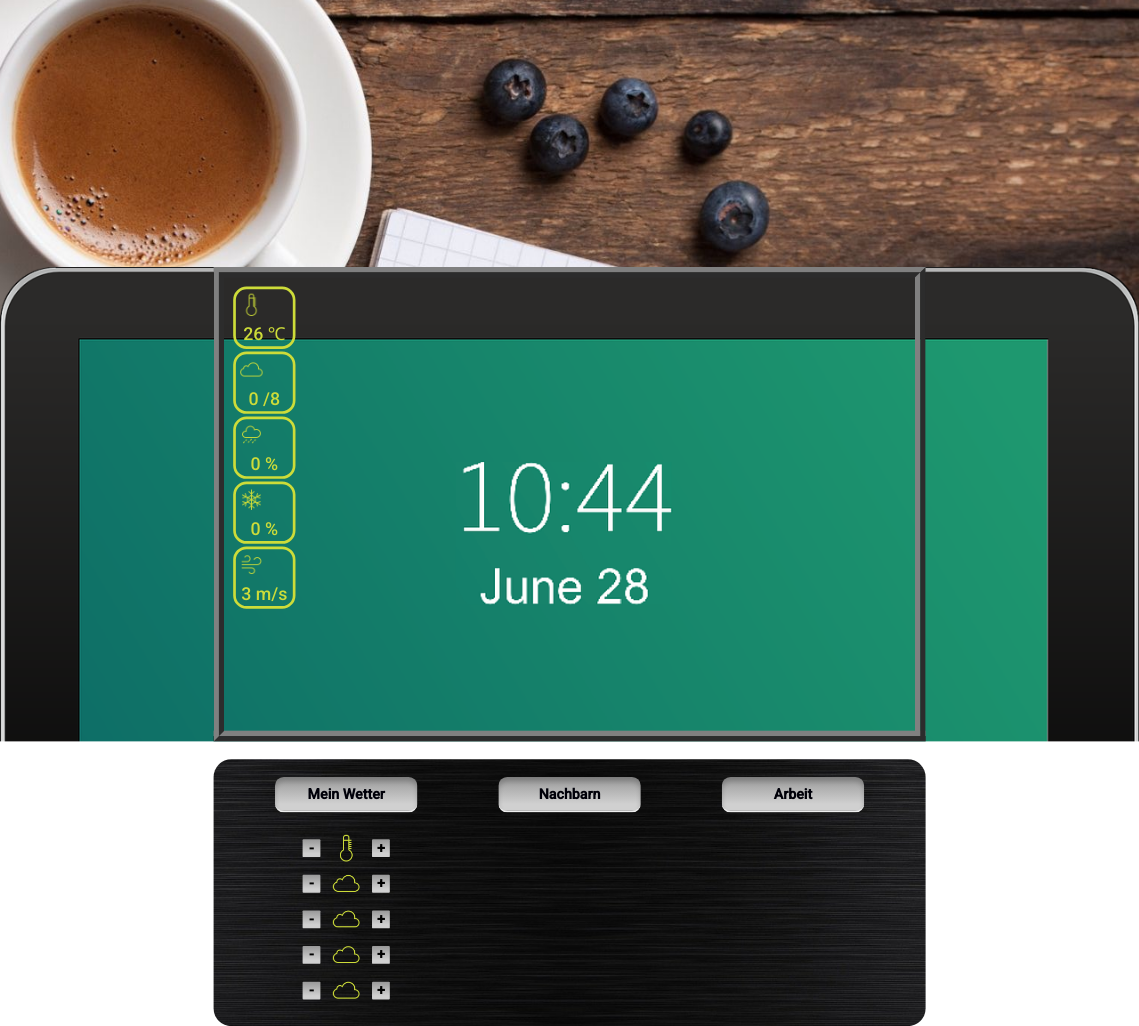
Repository: NadiaSchmitz/wetter.githab.io
Page: index.html
The author's editor kept a record of every edit. The page is drawn from the files as they stood at one moment, then again after the next edit.
The browser window is 1280 px wide. The pictures show the whole page, at 89% of full size.

Above is the page before.
Not found: styles/background1.css
Not found: styles/background2.css
Not found: styles/background3.css

After the next edit:
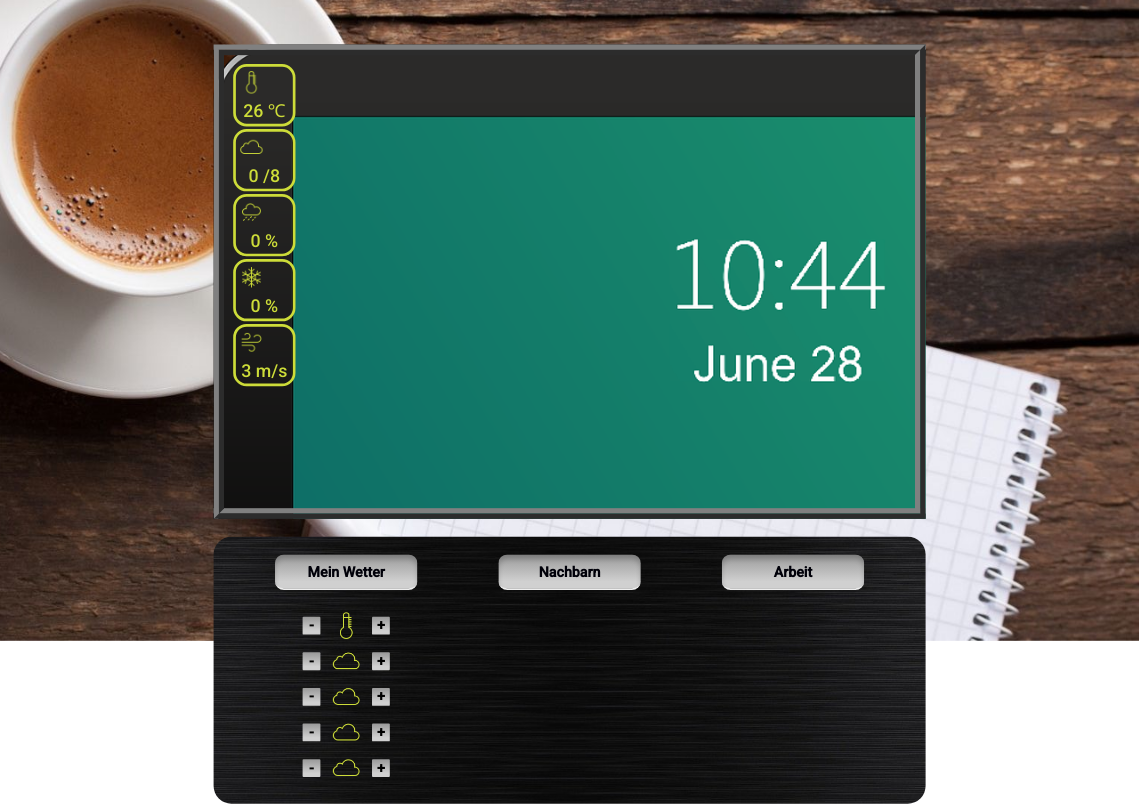
The edit:
--- a/styles/style.css
+++ b/styles/style.css
@@ -4,14 +4,16 @@
   background-position: 50% -200px;
 }
 
-.coffee {
-  width: 300px;
-  height: 300px;
-  /*background-image: url(../images/note.png);*/
+.inner_wrapper {
+  font-family: 'Roboto', sans-serif;
+  padding: 50px  0 0 0;
 }
 
-.inner_wrapper {
-  font-family: 'Roboto', sans-serif;
+.weather_wrapper {
+  width: 800px;
+  height: 533px;
+  background-image: url(../images/tablet.png);
+  margin: 0 auto 20px;
 }
 
 #weather {
